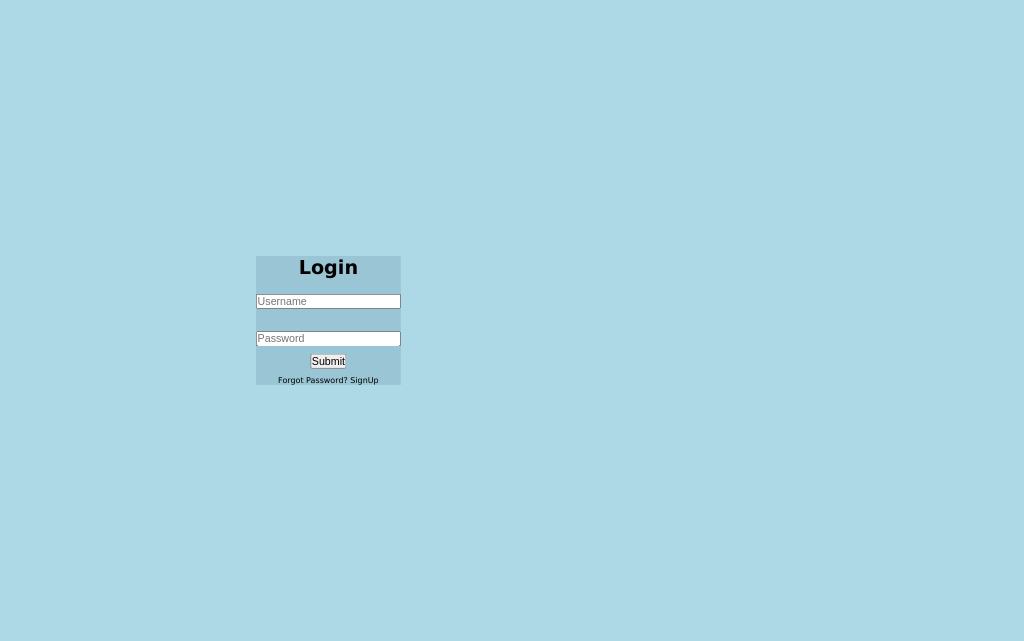
Repository: busra-kayaa/LoginPage
Page: login.html
The author's editor kept a copy of each file at every save. The page is drawn from the files as they stood at one save, then again after the next save.
The browser window is 1280 px wide. The pictures show the whole page, at 80% of full size.

Above is the page before, as saved 2023-12-28 20:11:30.

### login.html
<!DOCTYPE html>
<html>
    <head>
        <title>Login Page</title>
        <link rel="stylesheet" href="./style.css" type="text/css"/>
    </head>
    <body>
        <div class="login-from-container">
            <h2>Login</h2>
            <div class="input-group">
                <i class="fa fa-user"></i>
                <input
                    type="text"
                    placeholder="Username"
                    class="input-text"
                    autocomplete="off"
                />
            </div>
            <div class="input-group">
                <i class="fa fa-unclok-alt"></i>
                <input
                    type="password"
                    placeholder="Password"
                    class="input-text"
                    autocomplete="off"
                />
            </div>
            <div class="subgroup">
                <div class="button-group" id="login-button">
                    <button onclick="alert('Bilgileriniz Başarıyla Alınmıştır.')">Submit</button>
                </div>
                <div class="footer">
                    <a>Forgot Password?</a>
                    <a>SignUp</a>
                </div>
            </div>
        </div>
    </body>
</html>

### style.css

*{
    margin: 0px;
    padding: 0px;
}
body {
    background-color: lightblue;
    color: black;
    display: flex;
    flex-direction: row;
    align-items: center;
    font-family:'Lucida Sans';
}

.login-from-container {
    background-color: rgb(153, 197, 212);
    display: flex;
    flex-direction: column;
    justify-content: center;
    align-items: center;
    text-align: center;
    margin: 25%;
}
.input-group {
    margin-top: 10%;
    margin-bottom: 5%;
}
.button-group {
    display: flex;
    justify-content: center;
    align-items: center;
    font-size: 15px;
}
.subgroup {
 gap: 20px;
}
.footer {
    margin-top: 7%;
    font-size: 10px;
}

After the next save:
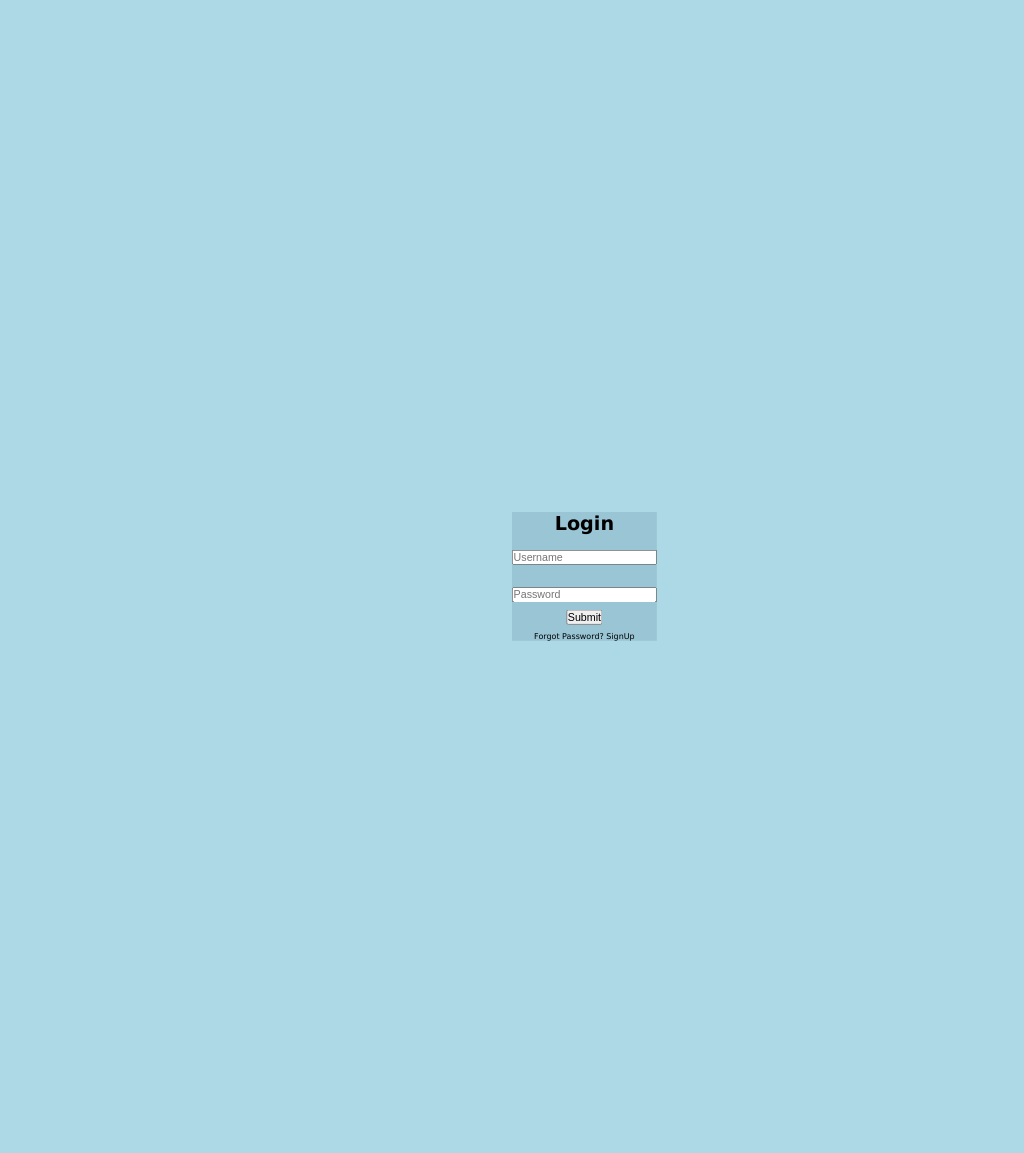
Saved 4 s later.
--- a/style.css
+++ b/style.css
@@ -19,7 +19,7 @@
     justify-content: center;
     align-items: center;
     text-align: center;
-    margin: 25%;
+    margin: 50%;
 }
 .input-group {
     margin-top: 10%;

After the save that followed:
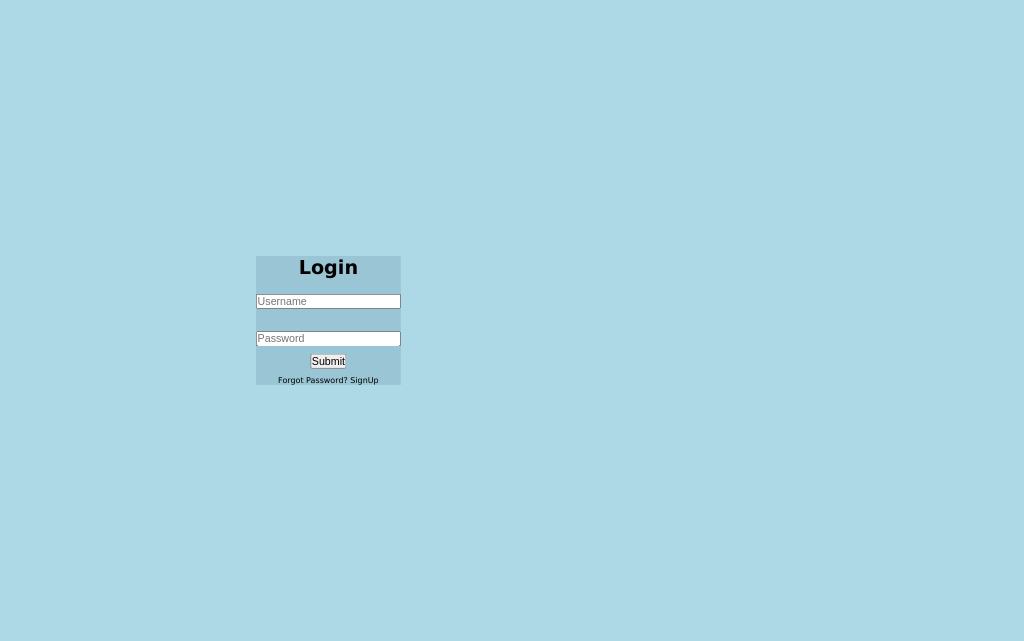
Saved 6 s later.
--- a/style.css
+++ b/style.css
@@ -19,7 +19,7 @@
     justify-content: center;
     align-items: center;
     text-align: center;
-    margin: 50%;
+    margin: 25%;
 }
 .input-group {
     margin-top: 10%;
